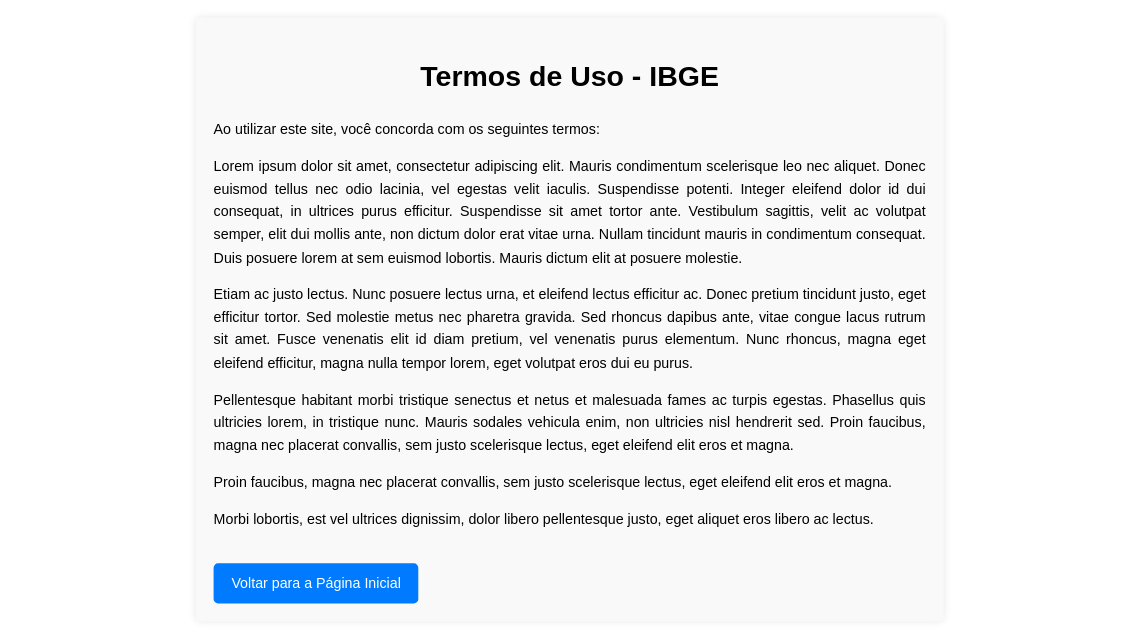
Repository: Gabrielb0rn/Projeto-Formul-rio.io
Page: TDU.html
An editor plug-in stored every save of this project. The page is shown before and after the next save, followed by the edit.
The browser window is 1280 px wide. The pictures show the whole page, at 89% of full size.

Above is the page before, as saved 2024-07-07 11:48:56.

After the next save:
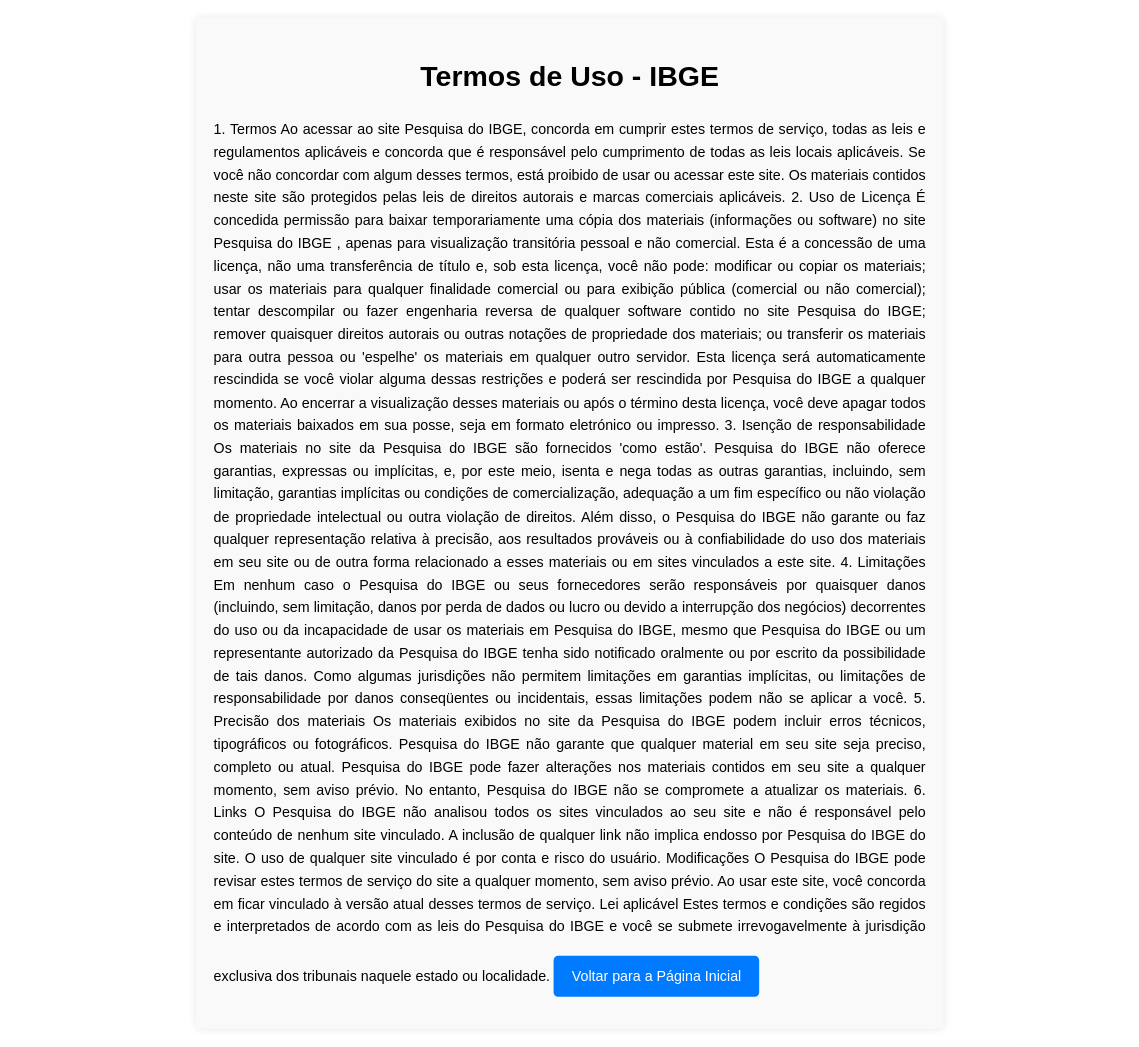
Saved 2 min 6 s later.
--- a/TDU.html
+++ b/TDU.html
@@ -44,17 +44,38 @@
     <div class="container">
         <h1>Termos de Uso - IBGE</h1>
 
-        <p>Ao utilizar este site, você concorda com os seguintes termos:</p>
+        <p>1. Termos
+            Ao acessar ao site Pesquisa do IBGE, concorda em cumprir estes termos de serviço, todas as leis e regulamentos aplicáveis ​​e concorda que é responsável pelo cumprimento de todas as leis locais aplicáveis. Se você não concordar com algum desses termos, está proibido de usar ou acessar este site. Os materiais contidos neste site são protegidos pelas leis de direitos autorais e marcas comerciais aplicáveis.
 
-        <p>Lorem ipsum dolor sit amet, consectetur adipiscing elit. Mauris condimentum scelerisque leo nec aliquet. Donec euismod tellus nec odio lacinia, vel egestas velit iaculis. Suspendisse potenti. Integer eleifend dolor id dui consequat, in ultrices purus efficitur. Suspendisse sit amet tortor ante. Vestibulum sagittis, velit ac volutpat semper, elit dui mollis ante, non dictum dolor erat vitae urna. Nullam tincidunt mauris in condimentum consequat. Duis posuere lorem at sem euismod lobortis. Mauris dictum elit at posuere molestie.</p>
+            2. Uso de Licença
+            É concedida permissão para baixar temporariamente uma cópia dos materiais (informações ou software) no site Pesquisa do IBGE , apenas para visualização transitória pessoal e não comercial. Esta é a concessão de uma licença, não uma transferência de título e, sob esta licença, você não pode:
 
-        <p>Etiam ac justo lectus. Nunc posuere lectus urna, et eleifend lectus efficitur ac. Donec pretium tincidunt justo, eget efficitur tortor. Sed molestie metus nec pharetra gravida. Sed rhoncus dapibus ante, vitae congue lacus rutrum sit amet. Fusce venenatis elit id diam pretium, vel venenatis purus elementum. Nunc rhoncus, magna eget eleifend efficitur, magna nulla tempor lorem, eget volutpat eros dui eu purus.</p>
+            modificar ou copiar os materiais;
+            usar os materiais para qualquer finalidade comercial ou para exibição pública (comercial ou não comercial);
+            tentar descompilar ou fazer engenharia reversa de qualquer software contido no site Pesquisa do IBGE;
+            remover quaisquer direitos autorais ou outras notações de propriedade dos materiais; ou
+            transferir os materiais para outra pessoa ou 'espelhe' os materiais em qualquer outro servidor.
+            Esta licença será automaticamente rescindida se você violar alguma dessas restrições e poderá ser rescindida por Pesquisa do IBGE a qualquer momento. Ao encerrar a visualização desses materiais ou após o término desta licença, você deve apagar todos os materiais baixados em sua posse, seja em formato eletrónico ou impresso.
 
-        <p>Pellentesque habitant morbi tristique senectus et netus et malesuada fames ac turpis egestas. Phasellus quis ultricies lorem, in tristique nunc. Mauris sodales vehicula enim, non ultricies nisl hendrerit sed. Proin faucibus, magna nec placerat convallis, sem justo scelerisque lectus, eget eleifend elit eros et magna.</p>
+            3. Isenção de responsabilidade
+            Os materiais no site da Pesquisa do IBGE são fornecidos 'como estão'. Pesquisa do IBGE não oferece garantias, expressas ou implícitas, e, por este meio, isenta e nega todas as outras garantias, incluindo, sem limitação, garantias implícitas ou condições de comercialização, adequação a um fim específico ou não violação de propriedade intelectual ou outra violação de direitos.
+            Além disso, o Pesquisa do IBGE não garante ou faz qualquer representação relativa à precisão, aos resultados prováveis ​​ou à confiabilidade do uso dos materiais em seu site ou de outra forma relacionado a esses materiais ou em sites vinculados a este site.
+            4. Limitações
+            Em nenhum caso o Pesquisa do IBGE ou seus fornecedores serão responsáveis ​​por quaisquer danos (incluindo, sem limitação, danos por perda de dados ou lucro ou devido a interrupção dos negócios) decorrentes do uso ou da incapacidade de usar os materiais em Pesquisa do IBGE, mesmo que Pesquisa do IBGE ou um representante autorizado da Pesquisa do IBGE tenha sido notificado oralmente ou por escrito da possibilidade de tais danos. Como algumas jurisdições não permitem limitações em garantias implícitas, ou limitações de responsabilidade por danos conseqüentes ou incidentais, essas limitações podem não se aplicar a você.
 
-        <p>Proin faucibus, magna nec placerat convallis, sem justo scelerisque lectus, eget eleifend elit eros et magna.</p>
+            5. Precisão dos materiais
+            Os materiais exibidos no site da Pesquisa do IBGE podem incluir erros técnicos, tipográficos ou fotográficos. Pesquisa do IBGE não garante que qualquer material em seu site seja preciso, completo ou atual. Pesquisa do IBGE pode fazer alterações nos materiais contidos em seu site a qualquer momento, sem aviso prévio. No entanto, Pesquisa do IBGE não se compromete a atualizar os materiais.
 
-        <p>Morbi lobortis, est vel ultrices dignissim, dolor libero pellentesque justo, eget aliquet eros libero ac lectus.</p>
+            6. Links
+            O Pesquisa do IBGE não analisou todos os sites vinculados ao seu site e não é responsável pelo conteúdo de nenhum site vinculado. A inclusão de qualquer link não implica endosso por Pesquisa do IBGE do site. O uso de qualquer site vinculado é por conta e risco do usuário.
+
+
+
+            Modificações
+            O Pesquisa do IBGE pode revisar estes termos de serviço do site a qualquer momento, sem aviso prévio. Ao usar este site, você concorda em ficar vinculado à versão atual desses termos de serviço.
+
+            Lei aplicável
+            Estes termos e condições são regidos e interpretados de acordo com as leis do Pesquisa do IBGE e você se submete irrevogavelmente à jurisdição exclusiva dos tribunais naquele estado ou localidade.
 
         <a href="index.html" class="btn-back">Voltar para a Página Inicial</a>
     </div>
